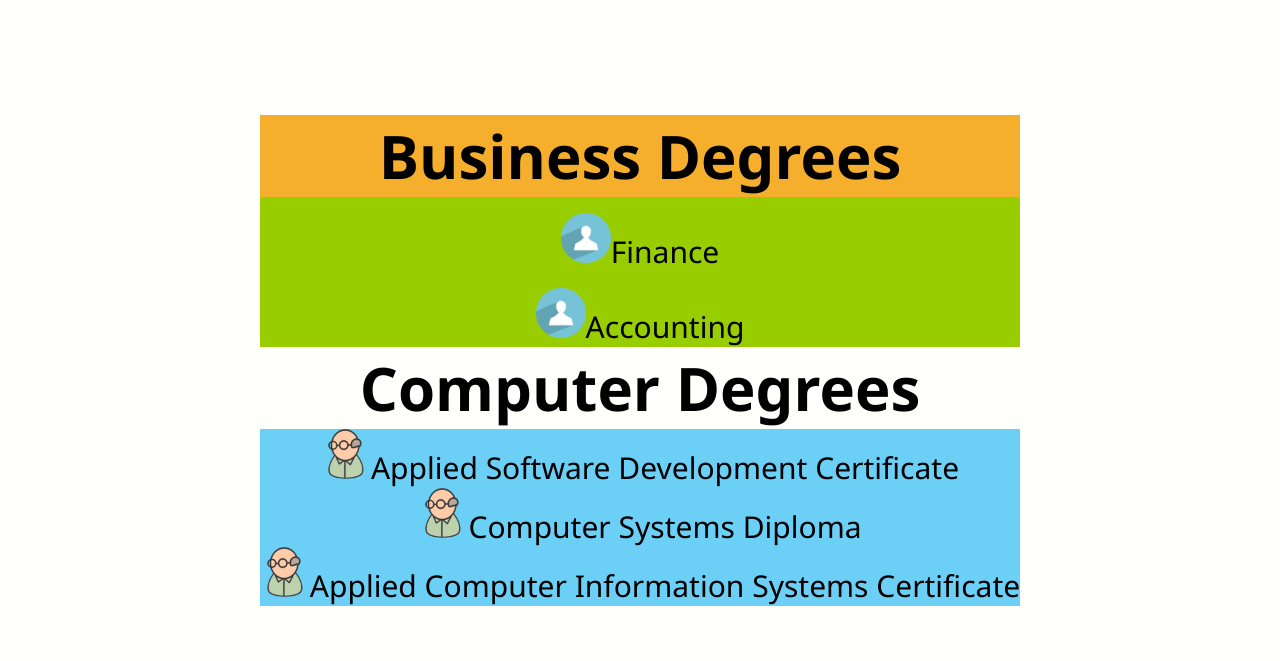
Repository: NeemaToto/mdia2109week3
Page: /
An editor plug-in stored every save of this project. The page is shown before and after a run of saves, followed by the edit.
The browser window is 1280 px wide. The pictures show the whole page.
The project was rebuilt for these pictures with package versions that can differ from the ones it lists, and the page was loaded fresh each time. The framework's server and built-in components were replaced by stand-ins that run in the browser. Also part of the build but not shown: next.config.js.

Above is the page before, as saved 2023-01-19 13:02:15.

After the next 2 saves:
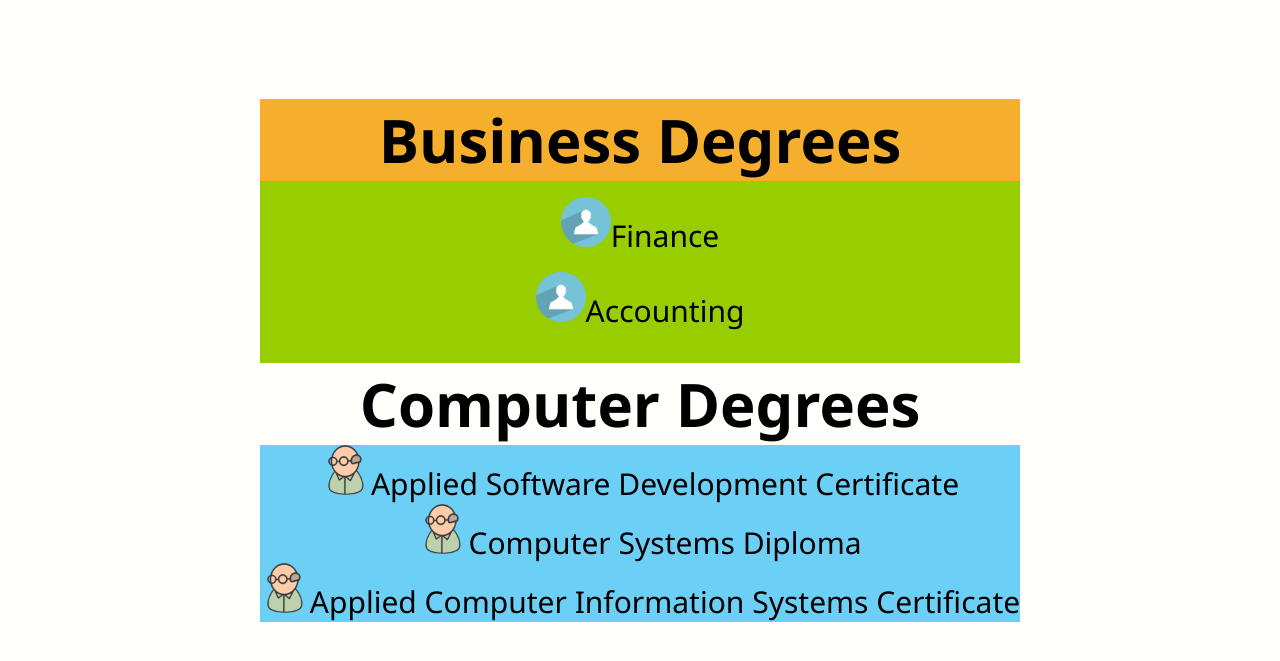
The 2 saves are shown as one change because they came seconds apart.
The last was saved 10 s later.
--- a/styles/Home.module.css
+++ b/styles/Home.module.css
@@ -289,6 +289,7 @@
   flex-direction: column;
   gap: 1rem;
   background-color: #98CE00;
+  padding-bottom: 2rem;
 }
 
 .businessContainer > h1{
